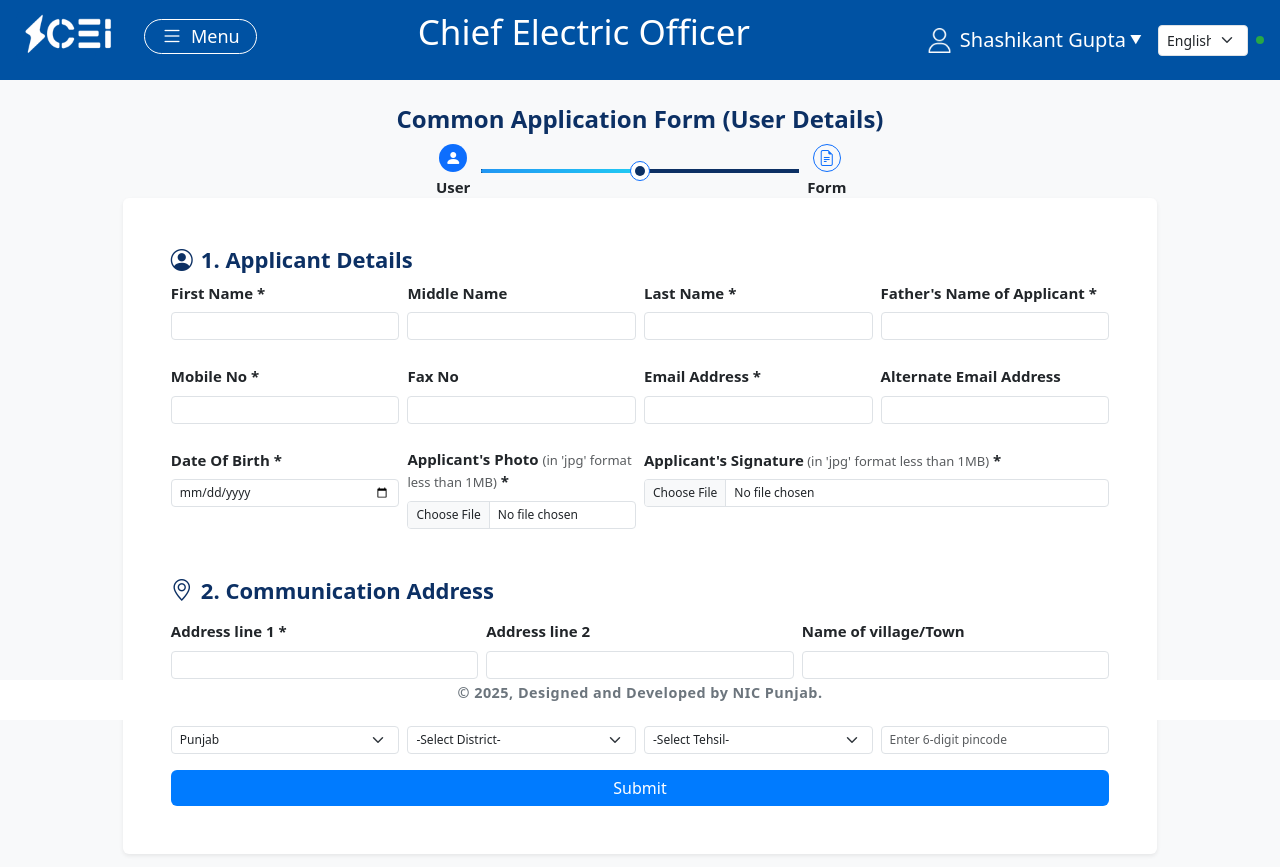
Repository: shashikantdev93-gif/CEI-sept
Page: /RegisterationForm
An editor plug-in stored every save of this project. The page is shown before and after the next save, followed by the edit.
The browser window is 1280 px wide. The pictures show the whole page.
The page's requests for data from a server got no answer. The project was rebuilt for these pictures with package versions that can differ from the ones it lists, and the page was loaded fresh each time. No one was signed in, and anything a server would have sent is missing. Also part of the build but not shown: vite.config.ts, src/styles/sidebar-zoom.css, src/components/PageComponent/Sidebar.tsx, src/components/PageComponent/Header2.tsx, src/components/PageComponent/PageHeader.tsx, src/components/Illustration/Illustration.tsx, src/components/CardContainer/CardContainer.tsx, src/hooks/useFormValidation.ts and 8 more. Imported but missing from the stored project, and not drawn on this page: src/components/ui.

Above is the page before, as saved 2025-07-28 08:38:43.

After the next save:
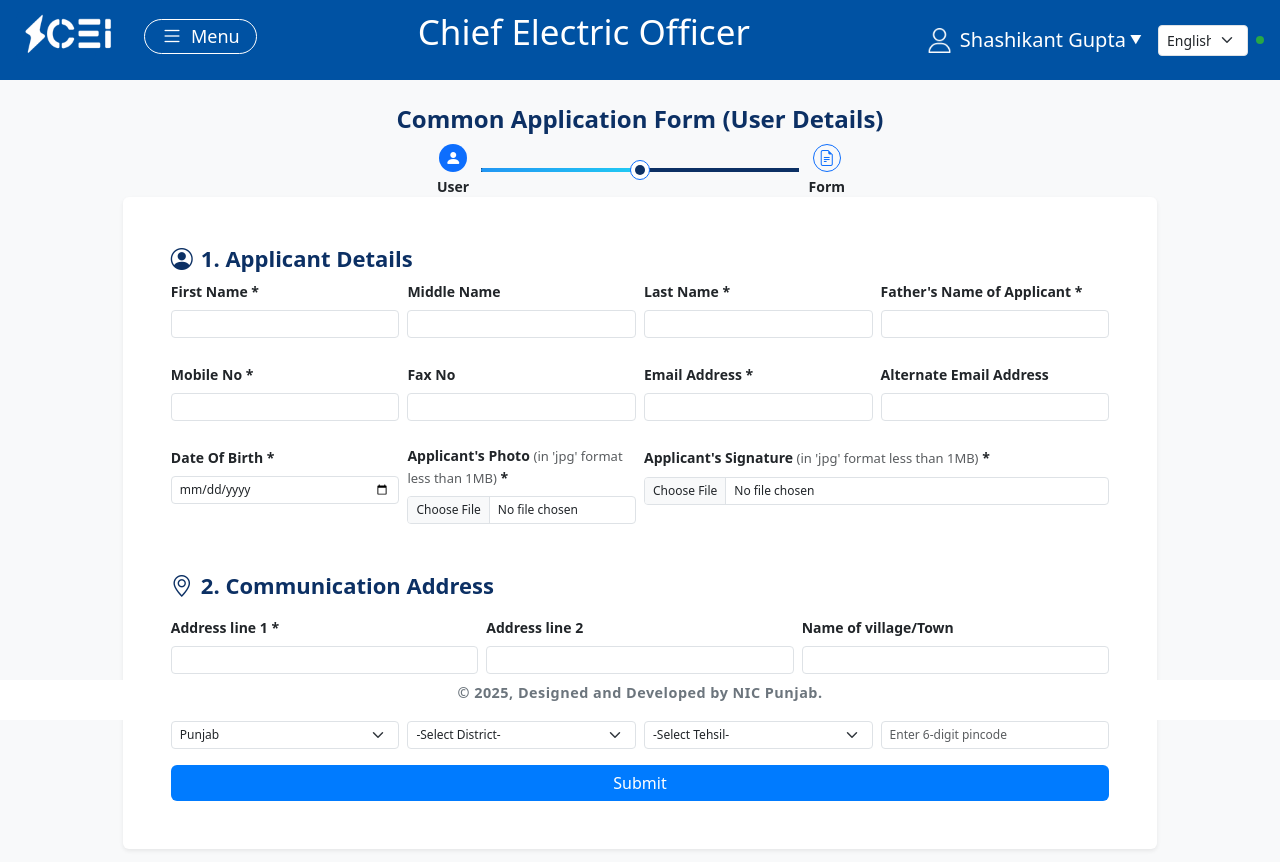
Saved 6 s later.
--- a/src/styles/main.css
+++ b/src/styles/main.css
@@ -77,7 +77,7 @@
 }
 
 .registeration-bg .small {
-  font-size: 15px !important;
+  font-size: 14px !important;
 }
 
 .registeration-bg .form-control,
